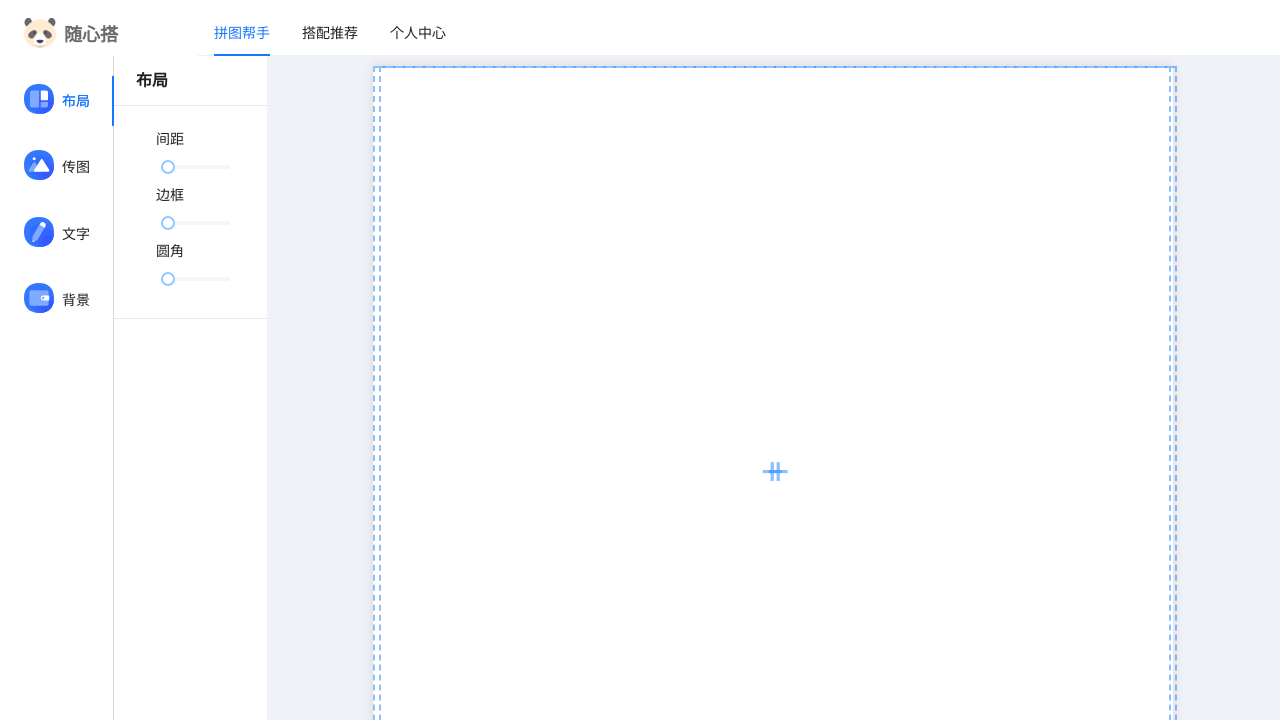
Repository: zzq1101921989/low-code
Page: /
An editor plug-in stored every save of this project. The page is shown before and after the next save, followed by the edit.
The browser window is 1280 px wide. The pictures show the whole page.
The project was rebuilt for these pictures with package versions that can differ from the ones it lists, and the page was loaded fresh each time. Also part of the build but not shown: vite.config.ts, src/pages/admin/index.tsx, src/components/icon/ClothesIcon.tsx, src/components/icon/HairIcon.tsx, src/components/icon/PantsIcon.tsx, src/components/icon/ShoeIcon.tsx, src/pages/recommend/index.tsx.

Above is the page before, as saved 2023-05-27 17:04:19.

After the next save:
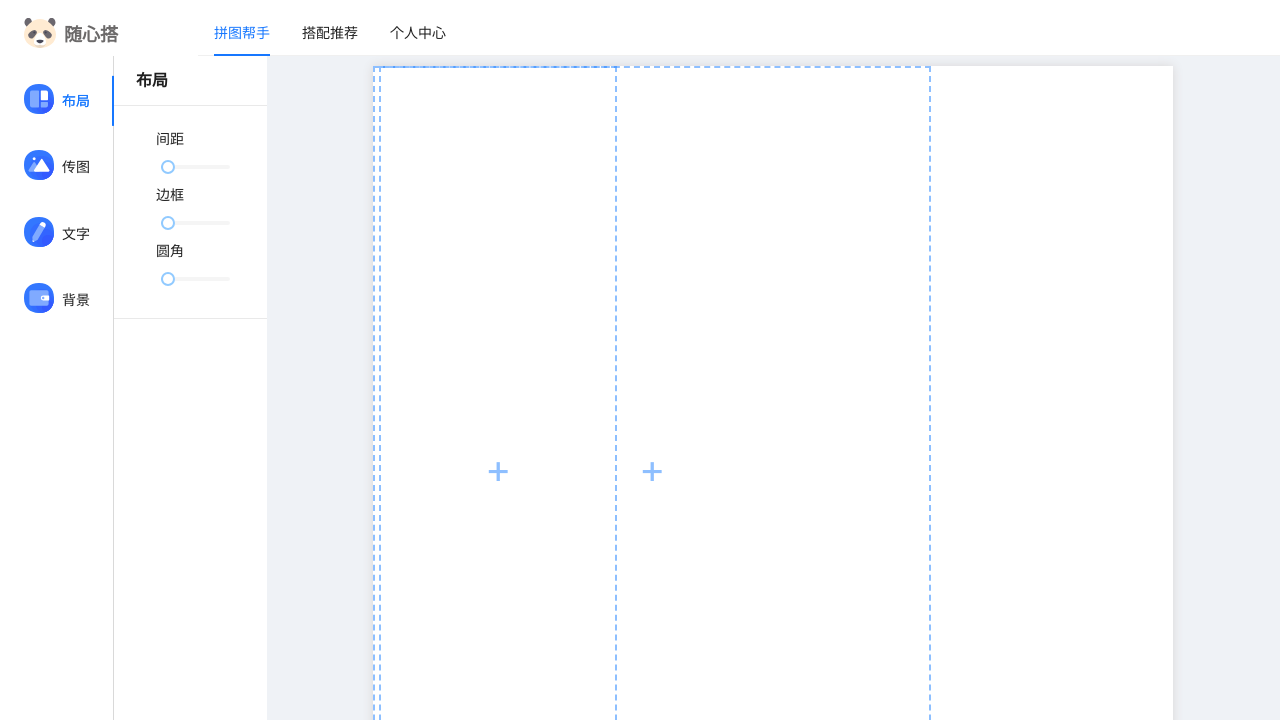
Saved 111 s later.
--- a/src/pages/home/features/DrawImage/index.tsx
+++ b/src/pages/home/features/DrawImage/index.tsx
@@ -255,12 +255,6 @@ const DrawImage: FC<DrawImageProps> = (props) => {
 
     const { width, height } = containerWH
 
-    console.log(dirW);
-    console.log(dirH);
-    console.log(width);
-    console.log(height);
-
-
     const handlerPositon = () => {
       if (direction === 'left') {
         if (flag === 'isEnd') {
@@ -328,7 +322,6 @@ const DrawImage: FC<DrawImageProps> = (props) => {
 
       value?.forEach((it, idx) => {
 
-
         // 第一个和最后一个都是需要特殊处理的
         const flag = isFirstOrLast(value?.length, idx);
 
@@ -339,7 +332,7 @@ const DrawImage: FC<DrawImageProps> = (props) => {
                 ? execute(it.value, Math.round(originWidth * it.width), Math.round(originHeight * it.height))
                 : [
                     handlerComputeRect(
-                      item,
+                      it,
                       occupied,
                       {
                         width: originWidth,
